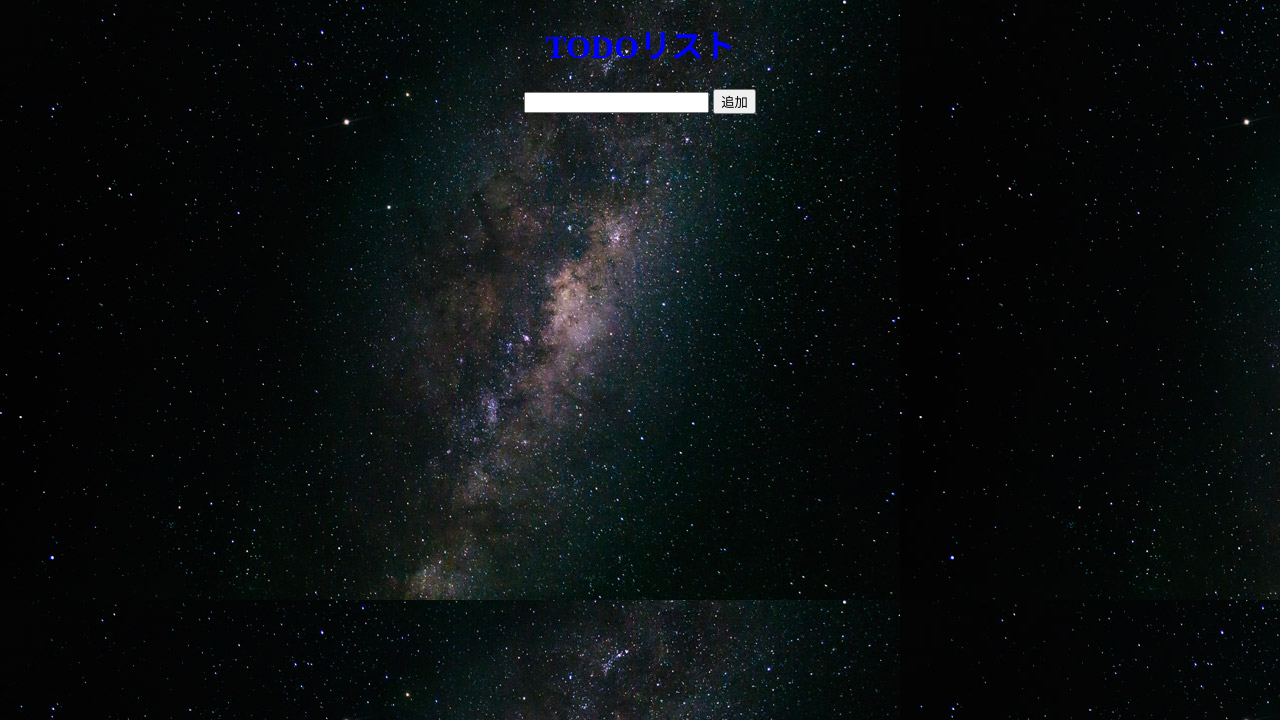
Repository: kntb2565/todolist
Page: src/index.html
These files come from the project's save history. The page is drawn as it stood at one moment and after the next save; the edit follows.
The browser window is 1280 px wide. The pictures show the whole page.

Above is the page before, as saved 2018-10-21 13:45:25.

After the next save:
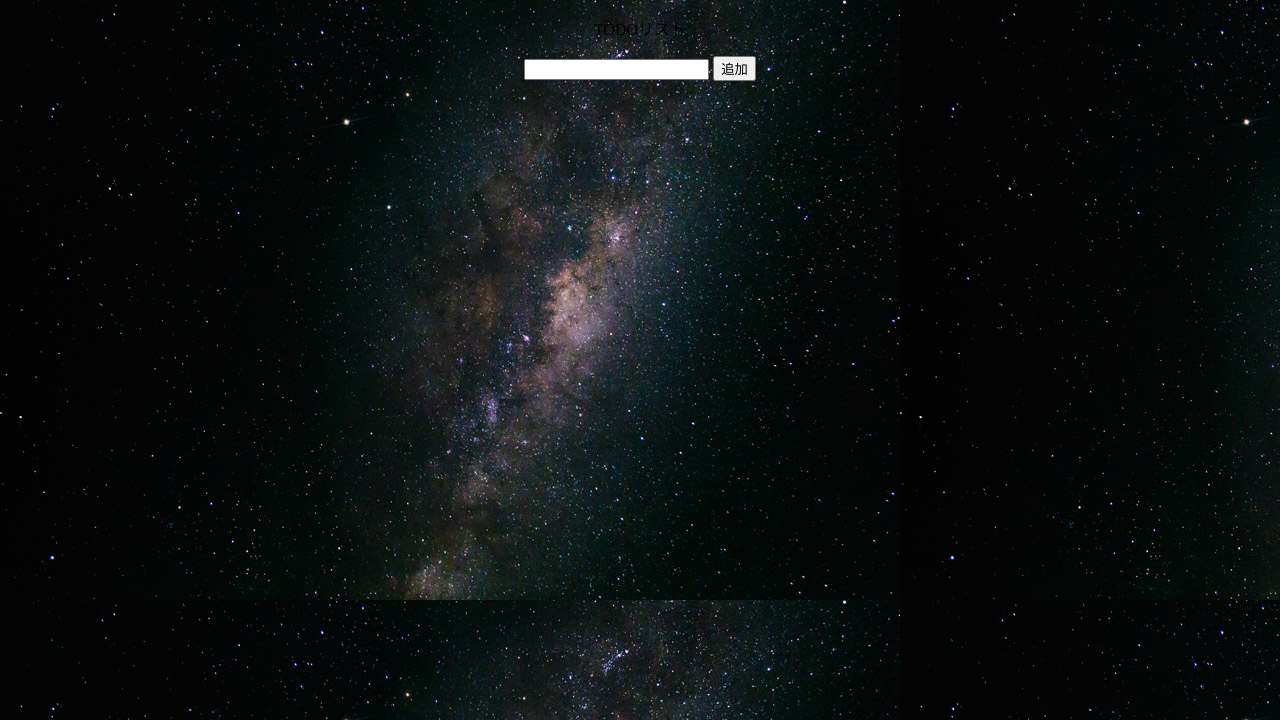
Saved 4 min 30 s later.
--- a/src/index.html
+++ b/src/index.html
@@ -11,7 +11,7 @@
   </style>
 </head>
 <body>
-    <h1>TODOリスト</h1>
+    <p>TODOリスト</p>
     <input type="text" />
     <input type="button" value="追加" />
 </body>

After the save that followed:
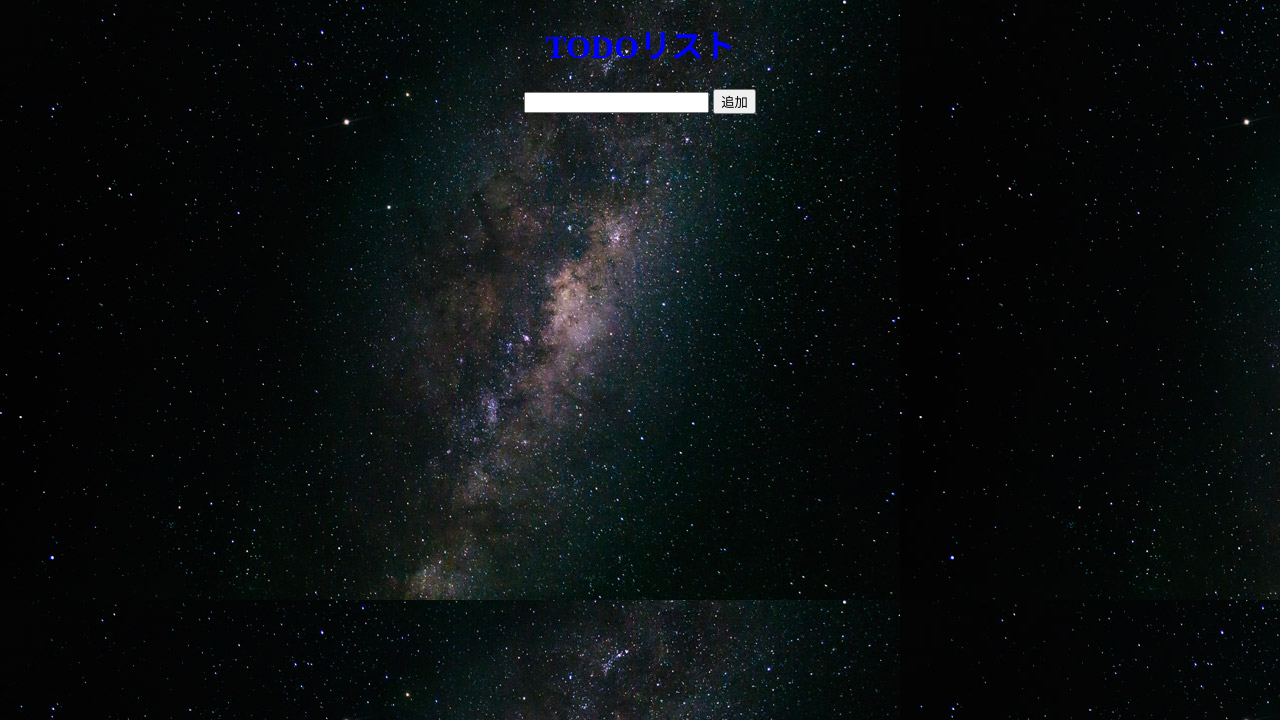
Saved 31 s later.
--- a/src/index.html
+++ b/src/index.html
@@ -11,7 +11,7 @@
   </style>
 </head>
 <body>
-    <p>TODOリスト</p>
+    <h1>TODOリスト</h1>
     <input type="text" />
     <input type="button" value="追加" />
 </body>
